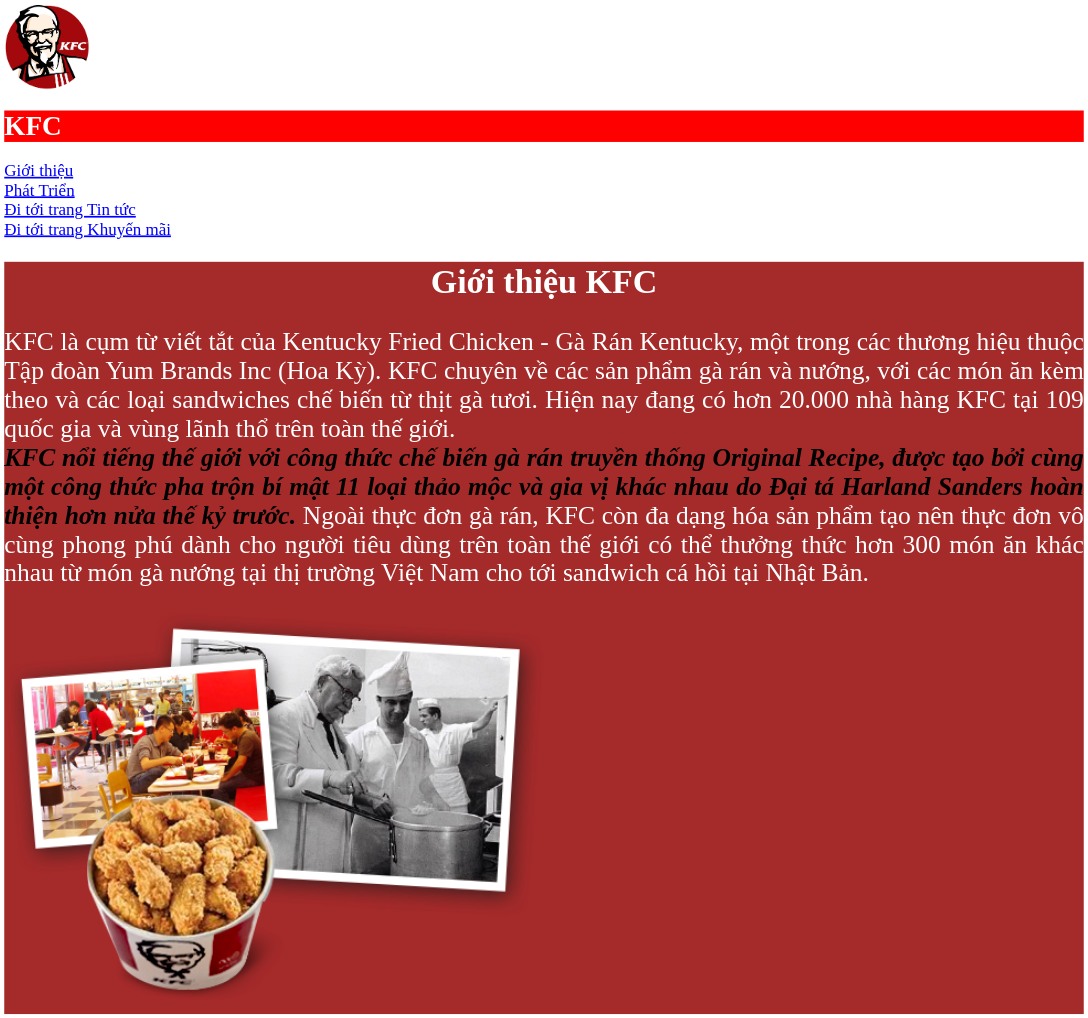
Repository: giahuy405/BC38__-BaiTapHTML_KFC__Pham_Gia_Huy
Page: index.html
These files come from the project's save history. The page is drawn as it stood at one moment and after the next save; the edit follows.
The browser window is 1280 px wide. The pictures show the whole page, at 85% of full size.

Above is the page before, as saved 2022-09-06 19:26:19.

After the next save:
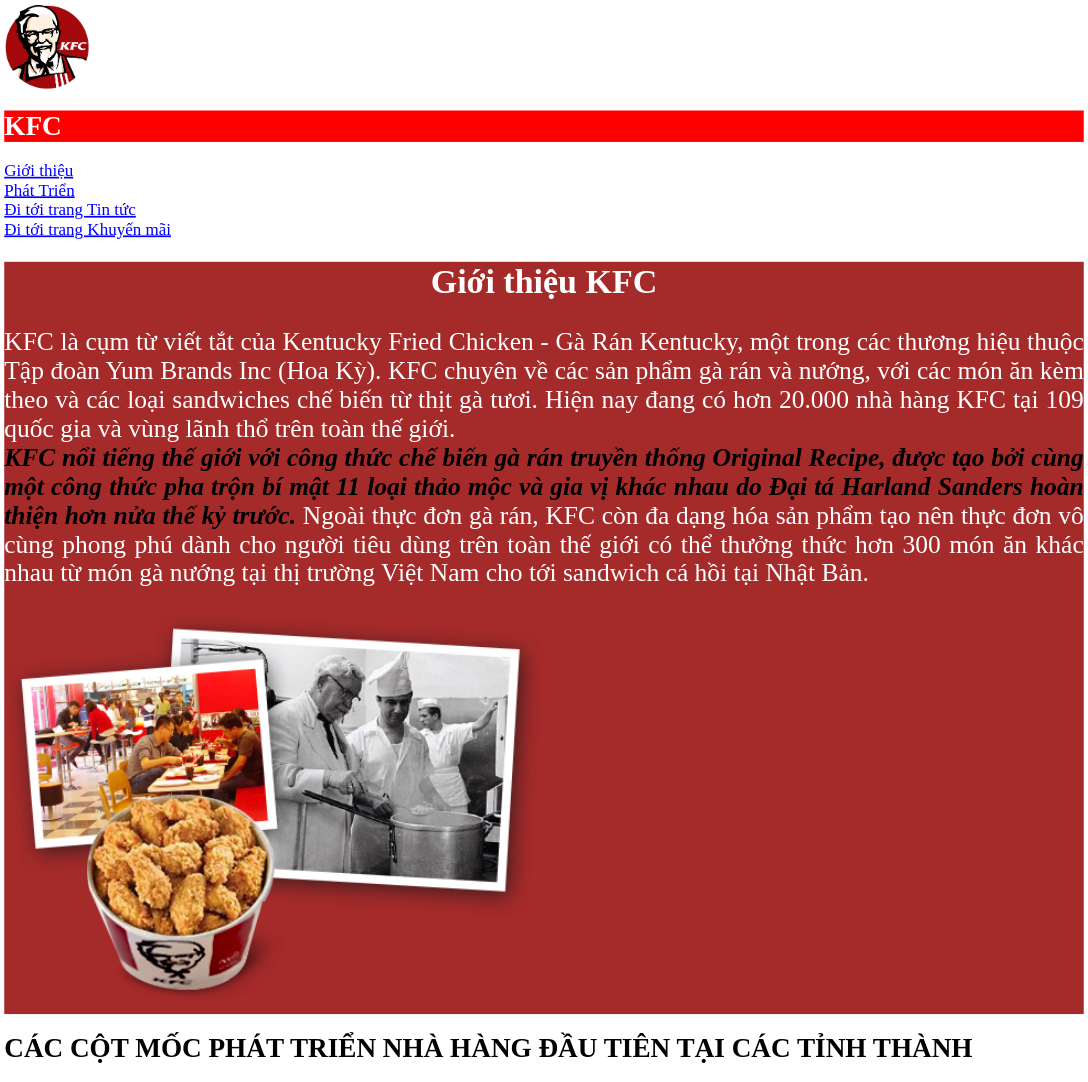
Saved 48 s later.
--- a/index.html
+++ b/index.html
@@ -28,7 +28,10 @@
             <span><i style="color:black;"><b>KFC nổi tiếng thế giới với công thức chế biến gà rán truyền thống Original Recipe, được tạo bởi cùng một công thức pha trộn bí mật 11 loại thảo mộc và gia vị khác nhau do Đại tá Harland Sanders hoàn thiện hơn nửa thế kỷ trước.</b></i></span> Ngoài thực đơn gà rán, KFC còn đa dạng hóa sản phẩm tạo nên thực đơn vô cùng phong phú dành cho người tiêu dùng trên toàn thế giới có thể thưởng thức hơn 300 món ăn khác nhau từ món gà nướng tại thị trường Việt Nam cho tới sandwich cá hồi tại Nhật Bản.
         </p>
         <img style="width:50%" src="./img/about-pic-1.png" alt="">
+    </div>
 
+    <div class="branch-KFC">
+        <h1>CÁC CỘT MỐC PHÁT TRIỂN NHÀ HÀNG ĐẦU TIÊN TẠI CÁC TỈNH THÀNH</h1>
     </div>
 </body>
 </html>
